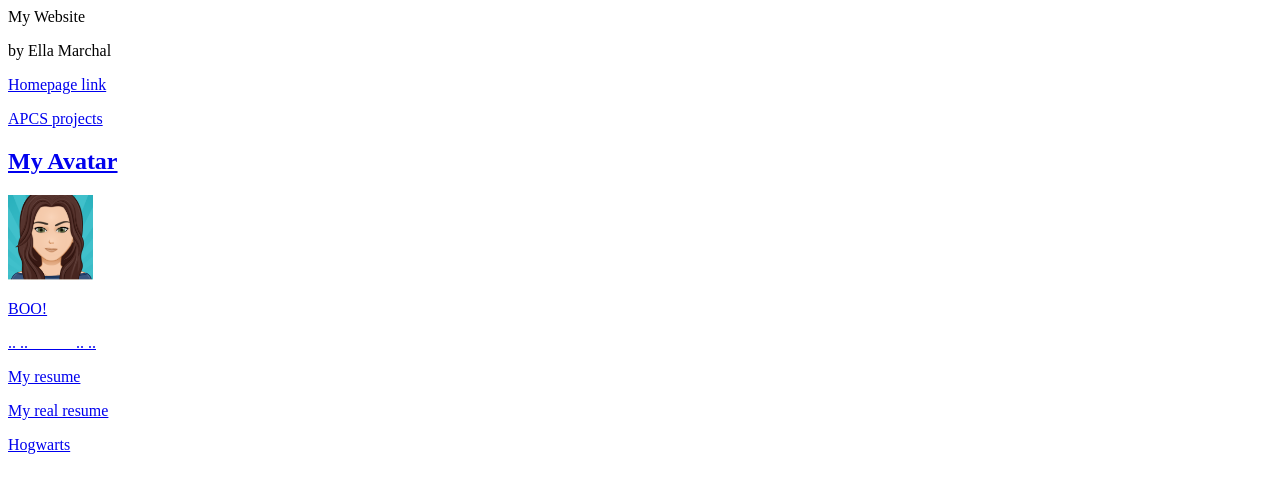
Repository: ella-m/ella-m.github.io
Page: index.html
The author's editor kept a record of every edit. The page is drawn from the files as they stood at one moment, then again after the next edit.
The browser window is 1280 px wide. The pictures show the whole page.

Above is the page before.

After the next edit:
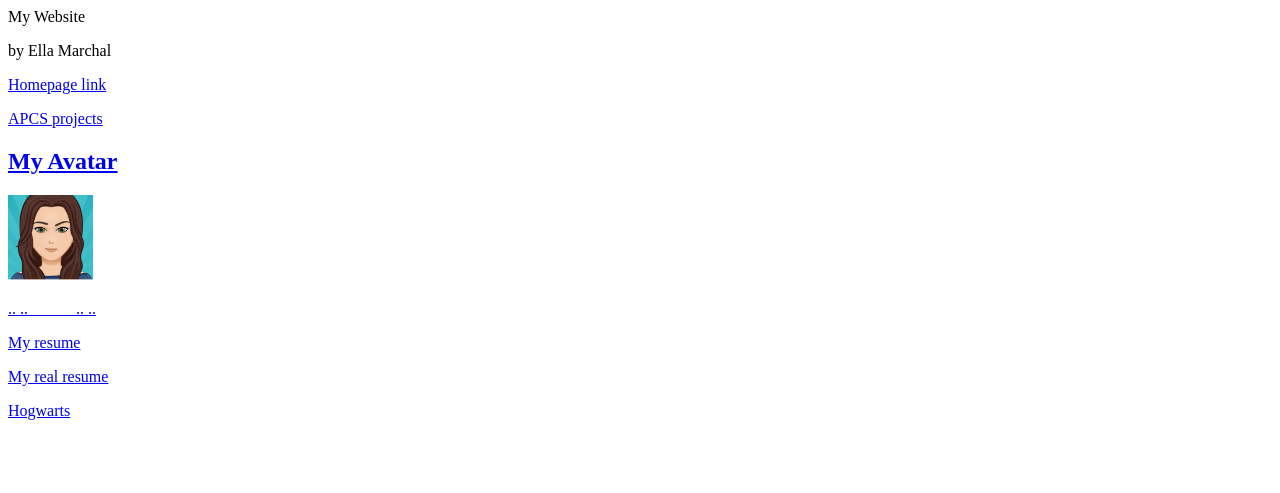
The edit:
--- a/index.html
+++ b/index.html
@@ -17,8 +17,6 @@
 <h2>My  Avatar</h2>
 <img src="snip-avatar.PNG" alt=" Avatar" width="85" height="85">
 
-<p></p>
-<a href="https://cdn.imgbin.com/4/9/16/imgbin-five-nights-at-freddy-s-4-five-nights-at-freddy-s-2-nightmare-animatronics-oscar-star-bAEmaXDp2Lpqm9yg6e2rbSVvi.jpg" target="_blank">BOO!</h>
 
 <p>..    .. _____ ..   ..</p>
 <a href="http://www.theimpossiblequiz.net/impossiblequiz.html" target="_blank"> My resume</a>
